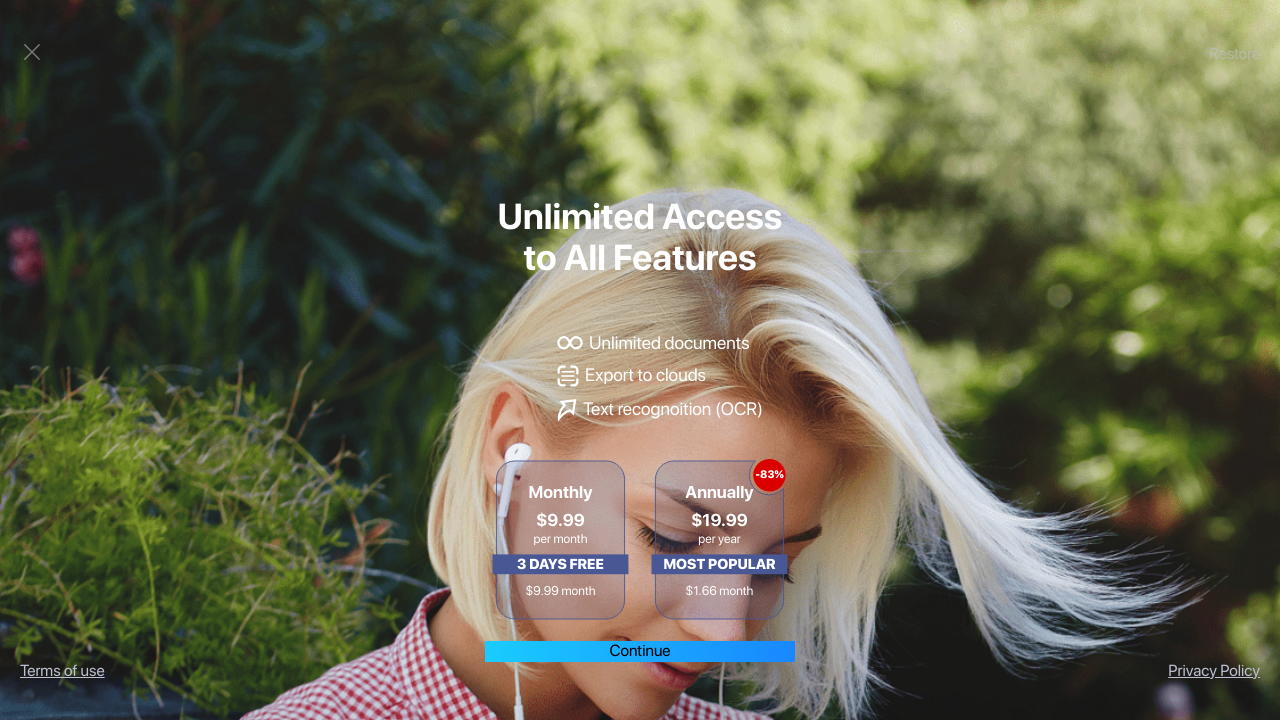
Repository: Ivan0195/bp-banner
Page: /
The author's editor kept a copy of each file at every save. The page is drawn from the files as they stood at one save, then again after a run of saves.
The browser window is 1280 px wide. The pictures show the whole page.
The project was rebuilt for these pictures with package versions that can differ from the ones it lists, and the page was loaded fresh each time. Also part of the build but not shown: webpack.config.js.

Above is the page before, as saved 2023-03-17 10:46:08.

### src/index.html
<!DOCTYPE html>
<html lang="en">

<head>
  <meta charset="UTF-8">
  <meta http-equiv="X-UA-Compatible" content="IE=edge">
  <meta name="viewport" content="width=device-width, initial-scale=1.0">
  <link rel="icon" href="img/favicon.png" type="image/png">
  <title>BP-mobile</title>
</head>

<body>


  <header>
    <a href="#"><img src="/src/img/close.svg" alt="close"></a>
    <a href="#" class="restore">Restore</a>
  </header>


  <main>

    <h1 class="titleText">Unlimited Access to All Features</h1>

    <ul>
      <li>
        <img src="/src/img/unlimitedDocs.svg"/>
        Unlimited documents
      </li>
      <li><img src="/src/img/noAds.svg" />Export to clouds</li>
      <li><img src="/src/img/export.svg" />Text recognoition (OCR)</li>
    </ul>

    <div class="subscriptionsBlock">

      <div id="month" class="subscriptionMonthlyBlock">
        <span class="title">Monthly</span>
        <div class="subscriptionPriceBlock">
          <span class="bigPrice">$9.99</span>
          <span class="smallText">per month</span>
        </div>
        <span class="promotionLine">3 days free</span>
        <span class="smallText">$9.99 month</span>
      </div>

      <div id="year" class="subscriptionAnnualyBlock">
        <div class="discountTag">-83%</div>
        <span class="title">Annually</span>
        <div class="subscriptionPriceBlock">
          <span class="bigPrice">$19.99</span>
          <span class="smallText">per year</span>
        </div>
        <span class="promotionLine">most popular</span>
        <span class="smallText">$1.66 month</span>
      </div>

    </div>

      <button class="continueButton">Continue</button>
  </main>


  <footer>
    <a href='#'>Terms of use</a>
    <a href='#'>Privacy Policy</a>
  </footer>


</body>
</html>

### src/index.js
import './index.html';
import './index.scss';

const month = document.getElementById('month');
const year = document.getElementById('year');
let linkAdress;

const onElementSelect = (element, target, link) => {
    element.style.scale = 0.9;
    element.style.opacity = 0.5;
    target.style.scale = 1;
    target.style.opacity = 1;
    linkAdress = link
}

month.onclick = () => onElementSelect(year, month, 'https://apple.com/');
year.onclick = () => onElementSelect(month, year, 'https://google.com/ ');

### src/style/_fonts.scss
@font-face {
  font-family: 'SFPro';
  src: url('../fonts/SFProDisplay-Regular.woff2') format('woff2'),
    url('../fonts/SFProDisplay-Regular.woff') format('woff');
}

@font-face {
  font-family: 'SFPro-Bold';
    src: url('../fonts/SFProDisplay-Bold.woff2') format('woff2'),
      url('../fonts/SFProDisplay-Bold.woff') format('woff');
  }

  @font-face {
    font-family: 'SFPro-Heavy';
    src: url('../fonts/SFProDisplay-Heavy.woff2') format('woff2'),
      url('../fonts/SFProDisplay-Heavy.woff') format('woff');
  }

### src/style/_var.scss
$textPrimary: #FFFFFF;
$textSecondary: #BDC0D0;
@mixin FlexCenter {
    display: flex;
    align-items: center;
    justify-content: center;
}

### src/style/_style.scss
body {
  font-family: 'SFPro';
  color: $textPrimary;
  background-image: url("/src/img/background-image.png");
  background-size: cover;
  padding: 40px 20px;
  display: flex;
  flex-direction: column;
  align-items: center;
  justify-content: space-between;
  box-sizing: border-box;
  height: 100vh;
}

header {
  @include FlexCenter;
  justify-content: space-between;
  width: 100%;
}

main {
  @include FlexCenter;
  flex-direction: column;
  justify-content: flex-end;
  height: 100%;
  row-gap: 12px;
}

ul {
  list-style-type: none;
  font-size: 18px;
  display: flex;
  flex-direction: column;
  row-gap: 12px;
}

li {
  display: flex;
  column-gap: 6px;
}

footer {
  width: 100%;
  @include FlexCenter;
  justify-content: space-between;
  color: $textSecondary;
  text-decoration: underline;
}

a {
  text-decoration: none;
  color: $textSecondary;
}

a:visited {
  text-decoration: none;
  color: $textSecondary;
}

.restore {
opacity: 0.6;
}

.titleText {
  width: 286px;
  text-align: center;
  font-family: 'SFPro-Bold';
  font-size: 36px;
}

.subscriptionsBlock {
  @include FlexCenter;
  column-gap: 8px;
}

.subscriptionMonthlyBlock {
  @include FlexCenter;
  flex-direction: column;
  row-gap: 10px;
  background-image: url('/src/img/shape-1.svg');
  height: 178px;
  width: 151px;
  background-size: contain;
  background-repeat: no-repeat;
  background-position: top;
  scale: 0.9;
  transition: all .5s
}

.subscriptionAnnualyBlock {
  position: relative;
  @extend .subscriptionMonthlyBlock;
  background-image: url('/src/img/shape-2.svg');
}

.subscriptionPriceBlock {
  @include FlexCenter;
  flex-direction: column;
}

.title {
  font-family: 'SFPro-bold';
    font-size: 19px;
}

.bigPrice {
  font-family: 'SFPro-bold';
  font-size: 19px;
}

.promotionLine {
  @include FlexCenter;
  background-color: #495795;
  width: 100%;
  text-align: center;
  font-family: 'SFPro-Heavy';
  text-transform: uppercase;
  height: 22px;
}

.smallText {
  font-size: 14px
}

.discountTag {
  @include FlexCenter;
  height: 36px;
  width: 36px;
  border-radius: 50%;
  background-color: #DB0000;
  position: absolute;
  font-family: 'SFPro-Heavy';
  font-size: 12px;
  top: -1px;
  right: 2px;
}

.continueButton {
  width: 100%;
  background: linear-gradient(270deg, #1987FF 0%, #19CCFF 100%);
  border: none;
}

Loaded but not shown: src/index.scss (common file)

After the next 2 saves:
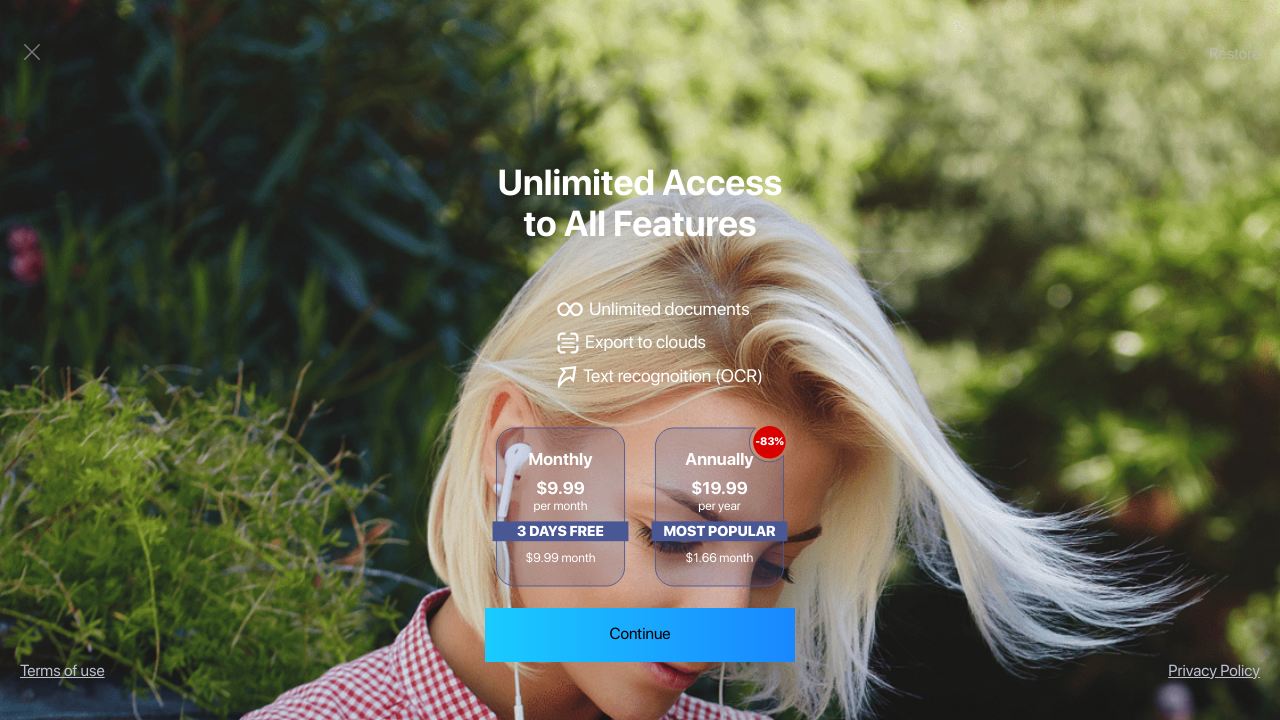
The 2 saves are shown as one change because they came seconds apart.
The last was saved 58 s later.
--- a/src/style/_style.scss
+++ b/src/style/_style.scss
@@ -139,4 +139,5 @@ opacity: 0.6;
   width: 100%;
   background: linear-gradient(270deg, #1987FF 0%, #19CCFF 100%);
   border: none;
+  height: 54px;
 }
